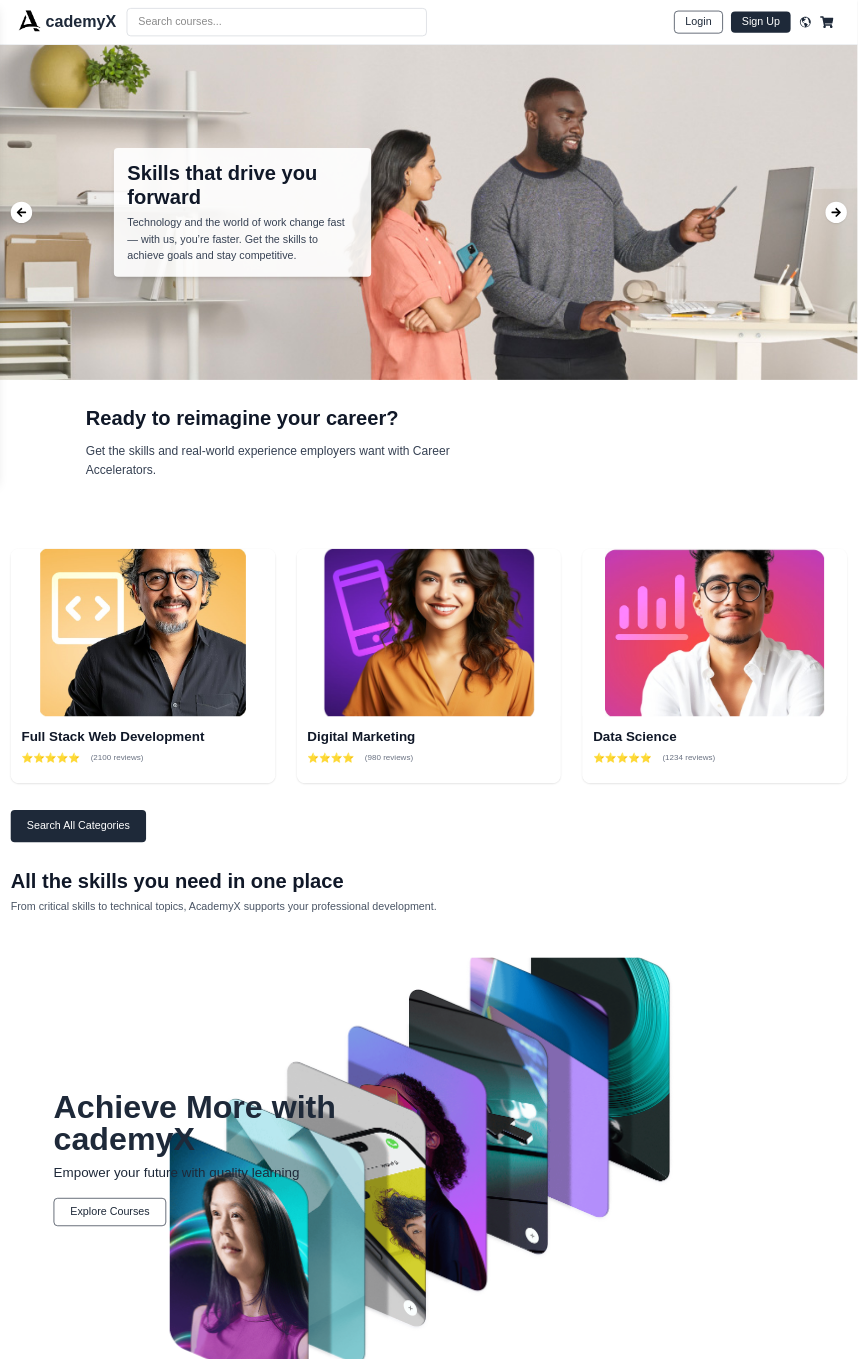
Repository: MohamedSalah54/full-stack-e-learning
Page: / (app in frontend/)
The author's editor kept a copy of each file at every save. The page is drawn from the files as they stood at one save, then again after the next save.
The browser window is 1280 px wide. The pictures show the whole page, at 67% of full size.
The project was rebuilt for these pictures with package versions that can differ from the ones it lists, and the page was loaded fresh each time. The framework's server and built-in components were replaced by stand-ins that run in the browser. Also part of the build but not shown: frontend/next.config.ts.

Above is the page before, as saved 2025-06-15 15:30:07.

### frontend/src/app/layout.tsx
import type { Metadata } from "next";
import { Geist, Geist_Mono } from "next/font/google";
import "./globals.css";
import { Providers } from "@/app/providers";
import Navbar from "@/components/Navbar";

const geistSans = Geist({
  variable: "--font-geist-sans",
  subsets: ["latin"],
});

const geistMono = Geist_Mono({
  variable: "--font-geist-mono",
  subsets: ["latin"],
});

export const metadata: Metadata = {
  title: "Create Next App",
  description: "Generated by create next app",
};

export default function RootLayout({
  children,
}: Readonly<{
  children: React.ReactNode;
}>) {
  return (
    <html lang="en">
      <body
        className={`${geistSans.variable} ${geistMono.variable} antialiased`}
      >
        <Navbar/>
        <Providers>{children}</Providers>

      </body>
    </html>
  );
}

### frontend/src/app/page.tsx
import HeroBannerFixed from "@/components/home/HeroBannerFixed"
import HeroBannerSlider from "@/components/home/HeroBannerSlider"
import HeroCategories from "@/components/home/HeroCategories"

const Home = () => {
  return (
    <main className="flex flex-col items-center justify-center">
        <HeroBannerSlider/>
        <HeroCategories/>
        <HeroBannerFixed/>
    </main>
  )
}

export default Home

### frontend/src/app/providers.jsx
'use client';

import { Provider } from 'react-redux';
import { store } from '@/redux/store/store';
export function Providers({ children }) {
  return <Provider store={store}>{children}</Provider>;
}

### frontend/src/components/Navbar.tsx
'use client';

import { useState } from 'react';
import { FaShoppingCart, FaBars, FaTimes, FaSearch } from 'react-icons/fa';
import { IoMdGlobe } from 'react-icons/io';
import { useRouter } from 'next/navigation';

export default function Navbar() {
  const [isSidebarOpen, setIsSidebarOpen] = useState(false);
  const router = useRouter();
  const [isSearchOpen, setIsSearchOpen] = useState(false);


  return (
    <>
      {/* Navbar */}
      <nav className="bg-white shadow-sm border-b border-gray-200 py-3 px-4 sm:px-6">
        <div className="max-w-7xl mx-auto flex items-center justify-between">
          {/* Left - Hamburger + Logo */}
          <div className="flex items-center space-x-2">
            {/* Hamburger Icon - Visible on mobile only */}
            <button
              className="block md:hidden text-xl text-gray-800"
              onClick={() => setIsSidebarOpen(true)}
            >
              <FaBars />
            </button>

            {/* Logo */}
            <div
              className="flex items-center cursor-pointer"
              onClick={() => router.push('/')}
            >
              <div className="relative h-10 w-10">
                <img
                  src="/logo.png"
                  alt="Logo"
                  className="h-full w-full object-contain block"
                />
              </div>
              <span className="text-2xl font-bold text-gray-800 leading-none ml-1">
                cademyX
              </span>
            </div>
          </div>

          {/* Middle - Search (hidden on small screens) */}
          <div className="hidden md:flex flex-1 max-w-md mx-4">
            <input
              type="text"
              placeholder="Search courses..."
              className="w-full border border-gray-300 rounded-md px-4 py-2 focus:outline-none focus:ring-1 focus:ring-gray-800"
            />
          </div>

          {/* Right - Search & Cart (Always Visible) */}
          <div className="flex items-center space-x-3 ml-auto">
            <button
              className="hidden md:block px-4 py-1 border border-gray-800 text-gray-800 rounded-md hover:bg-gray-100 transition"
              onClick={() => router.push('/auth/login')}
            >
              Login
            </button>
            <button
              className="hidden md:block px-4 py-1 bg-gray-800 text-white rounded-md hover:bg-gray-700 transition"
              onClick={() => router.push('/auth/register')}
            >
              Sign Up
            </button>

            <IoMdGlobe className="hidden md:block text-gray-800 text-xl cursor-pointer hover:scale-110 transition" />

            <FaShoppingCart className="text-gray-800 text-xl cursor-pointer hover:scale-110 transition" />

            <FaSearch
              className="md:hidden text-gray-800 text-xl cursor-pointer hover:scale-110 transition"
              onClick={() => setIsSearchOpen(true)}
            />
          </div>


        </div>
      </nav>

      {isSearchOpen && (
        <div className="fixed inset-0 z-50 bg-white flex flex-col items-center justify-start px-4 pt-10">
          <div className="w-full max-w-2xl flex items-center gap-3 border-b border-gray-300 pb-2">
            <FaSearch className="text-gray-800 text-2xl" />

            {/* Search Input */}
            <input
              type="text"
              placeholder="Search courses..."
              autoFocus
              className="w-full text-lg focus:outline-none"
            />

            <FaTimes
              className="text-gray-800 text-2xl cursor-pointer"
              onClick={() => setIsSearchOpen(false)}
            />
          </div>
        </div>
      )}



      {/* Sidebar (Mobile) */}
      <div
        className={`fixed top-0 left-0 h-full w-64 bg-white shadow-lg z-50 transform transition-transform duration-300 ${isSidebarOpen ? 'translate-x-0' : '-translate-x-full'
          }`}
      >
        {/* Close Button */}
        <div className="flex justify-between items-center px-4 py-3 border-b">
          <h2 className="text-lg font-semibold">Menu</h2>
          <button
            onClick={() => setIsSidebarOpen(false)}
            className="text-xl text-gray-600"
          >
            <FaTimes />
          </button>
        </div>

        {/* Sidebar Links */}
        <div className="p-4 space-y-4">
          <button
            onClick={() => {
              router.push('/auth/login');
              setIsSidebarOpen(false);
            }}
            className="w-full text-left text-gray-800 hover:text-gray-600"
          >
            Login
          </button>
          <button
            onClick={() => {
              router.push('/auth/register');
              setIsSidebarOpen(false);
            }}
            className="w-full text-left text-gray-800 hover:text-gray-600"
          >
            Sign Up
          </button>
          <div className="border-t pt-4">
            <p className="text-gray-500 text-sm font-medium mb-2">Categories</p>
            <ul className="space-y-2">
              <li className="cursor-pointer hover:text-gray-600">Web Development</li>
              <li className="cursor-pointer hover:text-gray-600">Design</li>
              <li className="cursor-pointer hover:text-gray-600">Marketing</li>
            </ul>
          </div>
        </div>
      </div>

      {/* Overlay */}
      {isSidebarOpen && (
        <div
          className="fixed inset-0 bg-black/40 z-40"
          onClick={() => setIsSidebarOpen(false)}
        ></div>
      )}
    </>
  );
}

### frontend/src/components/home/HeroBannerFixed.tsx
// components/HeroBannerFixed.tsx
'use client';

import React from 'react';

const HeroBannerFixed = () => {
  return (
    <section className="relative w-full h-[400px] md:h-[500px] lg:h-[600px] overflow-hidden">
      {/* Background Image */}
      <img
        src="/hero-fixed.png" // غيّر المسار حسب صورتك
        alt="Hero"
        className="w-full h-full object-cover"
      />

      {/* Overlay Content */}
      <div className="absolute inset-0 flex items-center justify-start px-6 md:px-20">
        <div className="text-white max-w-md">
          <h1 className="text-3xl md:text-5xl font-bold mb-3 text-gray-800">Achieve More with cademyX</h1>
          <span className="block text-lg md:text-xl mb-6 text-gray-800">Empower your future with quality learning</span>
          <button className="px-6 py-2 border border-gray-800 text-gray-800 bg-white rounded-md hover:bg-gray-100 transition">
            Explore Courses
          </button>
        </div>
      </div>
    </section>
  );
};

export default HeroBannerFixed;

### frontend/src/components/home/HeroBannerSlider.tsx
"use client";

import React, { useState } from "react";
import { FaArrowLeft, FaArrowRight } from "react-icons/fa";
import { heroSlides } from "@/constants";

const slides = heroSlides;

const HeroBannerSlider = () => {
  const [current, setCurrent] = useState(0);

  const nextSlide = () => {
    setCurrent((prev) => (prev + 1) % slides.length);
  };

  const prevSlide = () => {
    setCurrent((prev) => (prev - 1 + slides.length) % slides.length);
  };

  return (
    <>
      {/* Slider Section */}
      <section className="w-full relative bg-white overflow-hidden">
        {/* Wrapper for center and padding on large screens */}
        <div className="w-full max-w-screen-xl mx-auto relative h-[300px] sm:h-[400px] md:h-[500px]">
          {slides.map((slide, index) => (
            <img
              key={index}
              src={slide.image}
              alt="Hero"
              className={`absolute top-0 left-0 w-full h-full object-cover object-[60%] transition-opacity duration-700 ${
                index === current ? "opacity-100 z-10" : "opacity-0 z-0"
              }`}
            />
          ))}

          {/* Arrows */}
          <button
            onClick={prevSlide}
            className="absolute top-1/2 left-4 transform -translate-y-1/2 bg-white text-black p-2 rounded-full shadow hover:bg-gray-200 z-40"
          >
            <FaArrowLeft />
          </button>
          <button
            onClick={nextSlide}
            className="absolute top-1/2 right-4 transform -translate-y-1/2 bg-white text-black p-2 rounded-full shadow hover:bg-gray-200 z-40"
          >
            <FaArrowRight />
          </button>

          {/* Text Box for Large Screens */}
          <div className="hidden md:block absolute top-1/2 left-[170px] transform -translate-y-1/2 z-30">
            <div className="bg-white/90 p-5 rounded-md max-w-sm shadow-md">
              <h1 className="text-2xl lg:text-3xl font-bold text-gray-900 mb-2">
                {slides[current].title}
              </h1>
              <p className="text-gray-700 text-base">{slides[current].description}</p>
            </div>
          </div>
        </div>
      </section>

      {/* Text Below Image for Small Screens */}
      <div className="block md:hidden w-full bg-white pt-6 px-4">
        <div className="bg-white p-0 shadow-none rounded-none">
          <h1 className="text-xl font-bold text-gray-900 mb-2">{slides[current].title}</h1>
          <p className="text-gray-700 text-sm">{slides[current].description}</p>
        </div>
      </div>

      {/* Section Below */}
      <div className="w-full text-left py-10 bg-white px-4 sm:px-10 md:px-32">
        <h1 className="text-2xl sm:text-3xl font-bold text-gray-900 mb-4">
          Ready to reimagine your career?
        </h1>
        <p className="text-base sm:text-lg text-gray-700 max-w-xl">
          Get the skills and real-world experience employers want with Career Accelerators.
        </p>
      </div>
    </>
  );
};

export default HeroBannerSlider;

### frontend/src/components/home/HeroCategories.tsx
import { heroCategories } from "@/constants";

const HeroCategories = () => {
    const categories = heroCategories
    return (
       <section className="w-full py-16 px-4 bg-white">
  {/* Cards */}
  <div className="max-w-7xl mx-auto grid grid-cols-1 sm:grid-cols-2 lg:grid-cols-3 gap-8">
    {categories.map((cat, index) => (
      <div
        key={index}
        className="bg-white rounded-xl overflow-hidden shadow transition min-h-[350px] hover:bg-gray-100 cursor-pointer"
      >
        <img
          src={cat.image}
          alt={cat.title}
          className="w-full h-[250px] object-contain bg-white"
        />
        <div className="p-4">
          <h3 className="text-xl font-semibold text-gray-900 mb-2">{cat.title}</h3>
          <p className="text-sm text-gray-600 flex items-center gap-2">
            {"⭐".repeat(Math.round(cat.rating))}
            <span className="text-xs text-gray-500 ml-2">
              ({cat.reviews} reviews)
            </span>
          </p>
        </div>
      </div>
    ))}
  </div>

  {/* Search button */}
  <div className="flex justify-start mt-10 max-w-7xl mx-auto">
    <button className="bg-gray-800 text-white px-6 py-3 rounded-md hover:bg-gray-700 transition cursor-pointer">
      Search All Categories
    </button>
  </div>

  {/* Heading + Span */}
  <div className="text-left mt-10 max-w-7xl mx-auto">
    <h1 className="text-3xl font-bold text-gray-900 mb-2">
      All the skills you need in one place
    </h1>
    <span className="text-gray-600 text-base">
      From critical skills to technical topics, AcademyX supports your professional development.
    </span>
  </div>
</section>

    );
};

export default HeroCategories;

### frontend/src/constants/index.ts
//Home Page
export const heroSlides = [
    {
        image: "/banner1.jpg",
        title: "Skills that drive you forward",
        description: "Technology and the world of work change fast — with us, you’re faster. Get the skills to achieve goals and stay competitive.",
    },
    {
        image: "/banner2.jpg",
        title: "Learning that gets you",
        description: "Skills for your present (and your future). Get started with us.",
    },
];

export const heroCategories = [
    {
        title: "Full Stack Web Development",
        image: "/full-stack.jpg",
        rating: 5.0,
        reviews: 2100,
    },
    {
        title: "Digital Marketing",
        image: "/digital-marketing.jpg",
        rating: 4.0,
        reviews: 980,
    },
    {
        title: "Data Science",
        image: "/data-science.jpg",
        rating: 4.5,
        reviews: 1234,
    },
];

Loaded but not shown: frontend/src/app/globals.css (common file); frontend/src/redux/store/store.ts (common file)

After the next save:
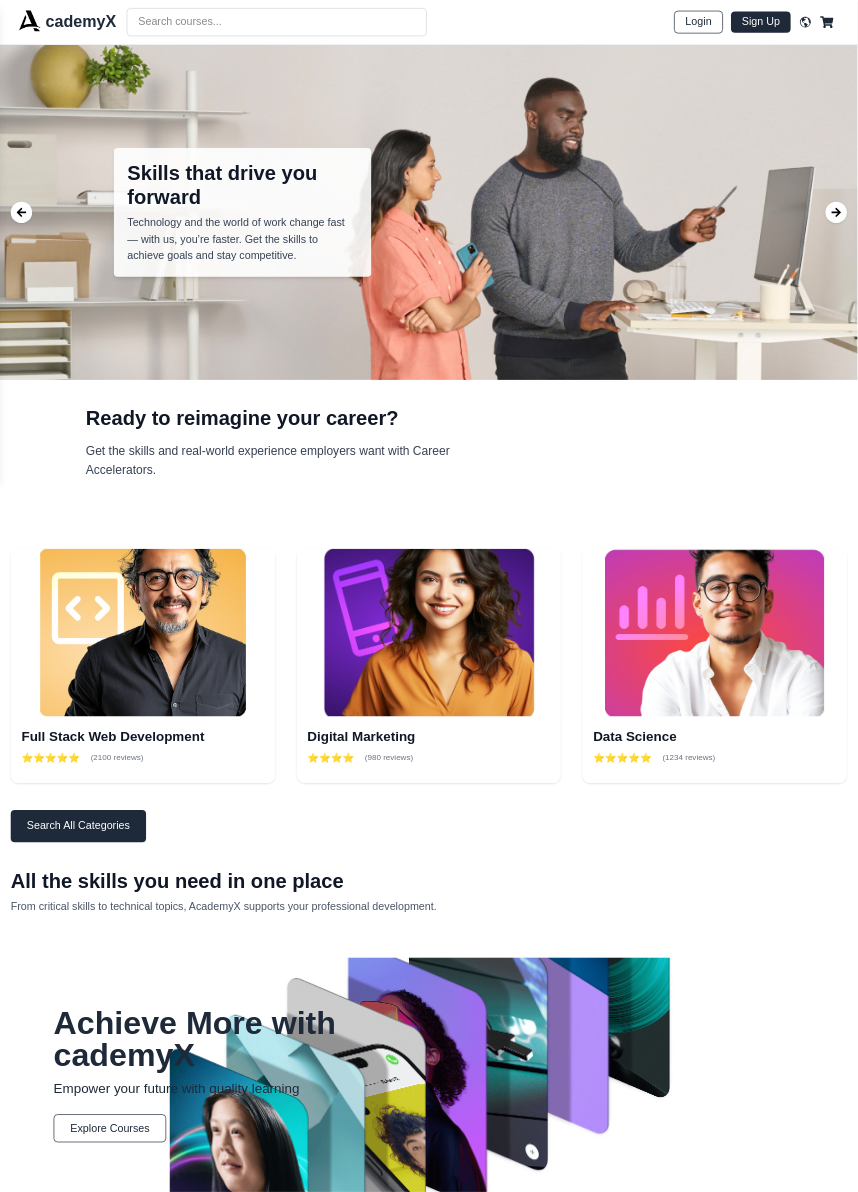
Saved 20 s later.
--- a/frontend/src/components/home/HeroBannerFixed.tsx
+++ b/frontend/src/components/home/HeroBannerFixed.tsx
@@ -5,7 +5,7 @@
 
 const HeroBannerFixed = () => {
   return (
-    <section className="relative w-full h-[400px] md:h-[500px] lg:h-[600px] overflow-hidden">
+<section className="relative w-full h-[250px] md:h-[300px] lg:h-[350px] overflow-hidden">
       {/* Background Image */}
       <img
         src="/hero-fixed.png" // غيّر المسار حسب صورتك

After the save that followed:
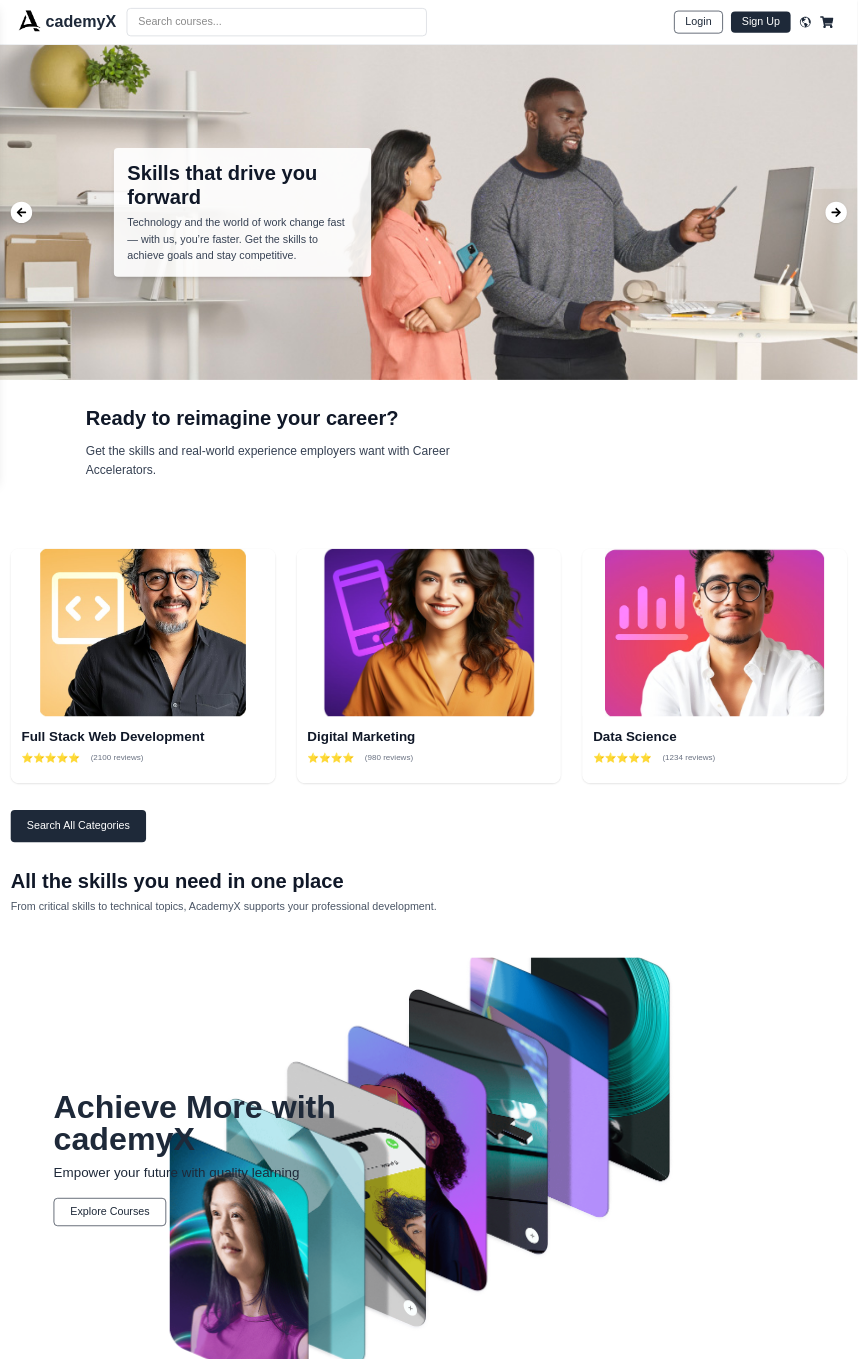
Saved 23 s later.
--- a/frontend/src/components/home/HeroBannerFixed.tsx
+++ b/frontend/src/components/home/HeroBannerFixed.tsx
@@ -5,7 +5,7 @@
 
 const HeroBannerFixed = () => {
   return (
-<section className="relative w-full h-[250px] md:h-[300px] lg:h-[350px] overflow-hidden">
+    <section className="relative w-full h-[400px] md:h-[500px] lg:h-[600px] overflow-hidden">
       {/* Background Image */}
       <img
         src="/hero-fixed.png" // غيّر المسار حسب صورتك
